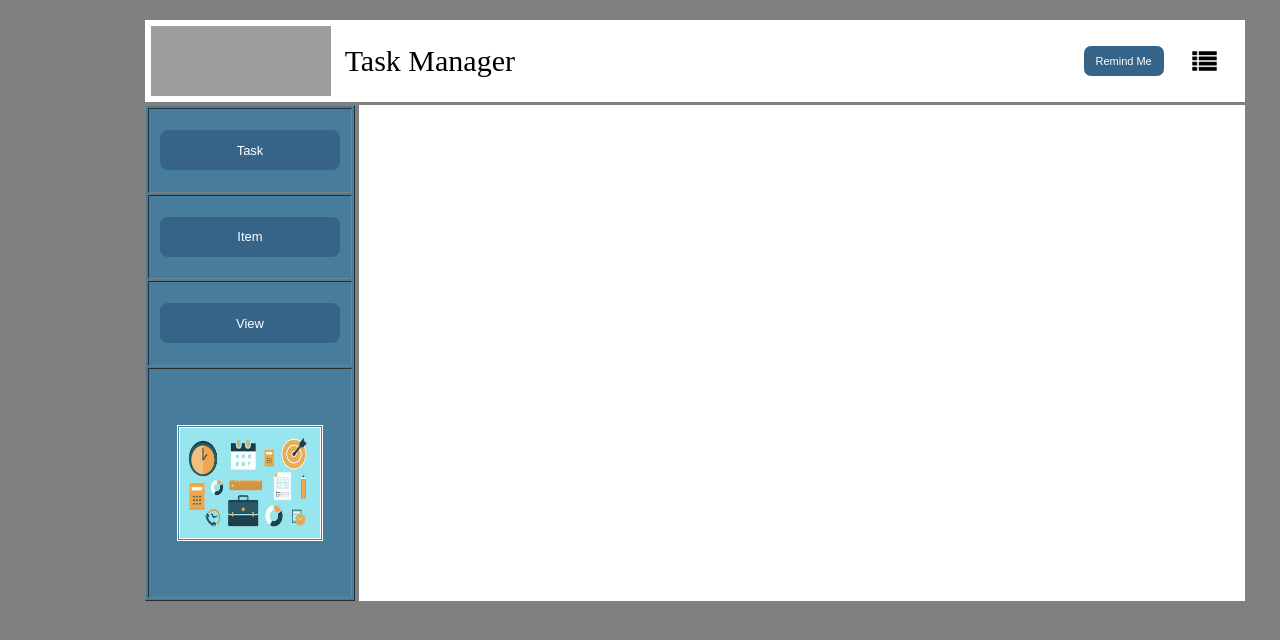
Repository: SnehaSalvi/TaskManagerProject
Page: http://localhost/TaskManagerChecklist/Home.jsp
The author's editor kept a copy of each file at every save. The page is drawn from the files as they stood at one save, then again after the next save.
The browser window is 1280 px wide. The pictures show the whole page.
Pictures or frames that could not be fetched are drawn as grey boxes. The page is served by Tomcat 9.

Above is the page before, as saved 2016-10-13 11:32:24.

After the next save:
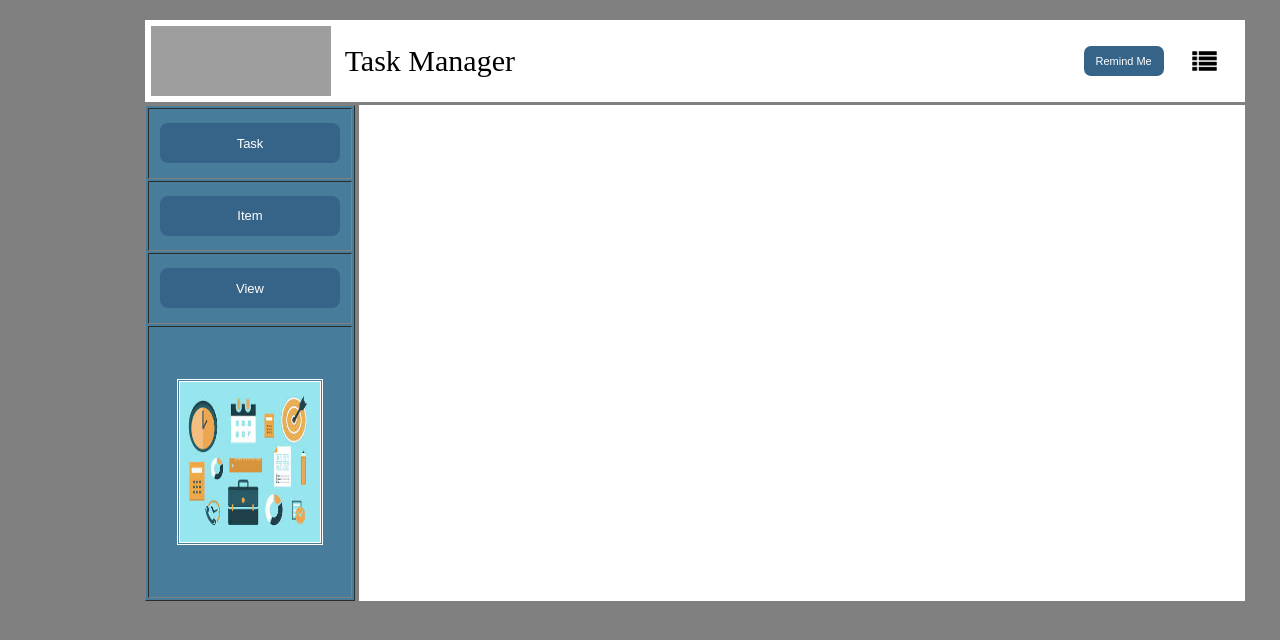
Saved 19 s later.
--- a/TaskManagerChecklist/WebContent/home.css
+++ b/TaskManagerChecklist/WebContent/home.css
@@ -114,7 +114,7 @@ tr
 {
 
 	width: 140px;
-	height: 110px;
+	height: 160px;
 }
 #button1
 {
